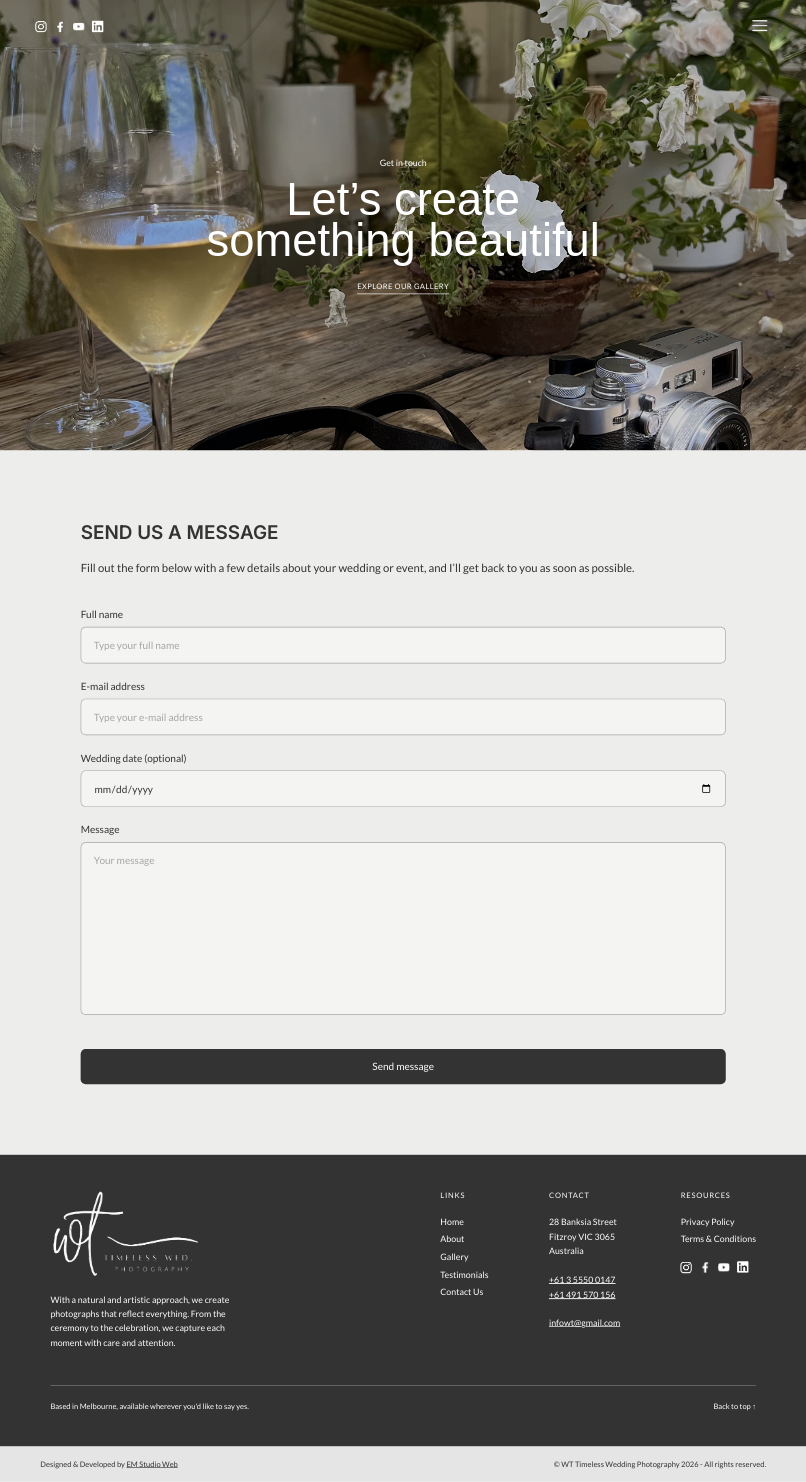
Repository: eduarda-magnago/wt-photography
Page: /contact
These files come from the project's save history. The page is drawn as it stood at one moment and after the next save; the edit follows.
The browser window is 1280 px wide. The pictures show the whole page, at 63% of full size.
Some web fonts or font styles are not loaded; a fallback is used. The project was rebuilt for these pictures with package versions that can differ from the ones it lists, and the page was loaded fresh each time. The framework's server and built-in components were replaced by stand-ins that run in the browser. Also part of the build but not shown: next.config.ts.

Above is the page before, as saved 2026-10-15 12:26:58.

After the next save:
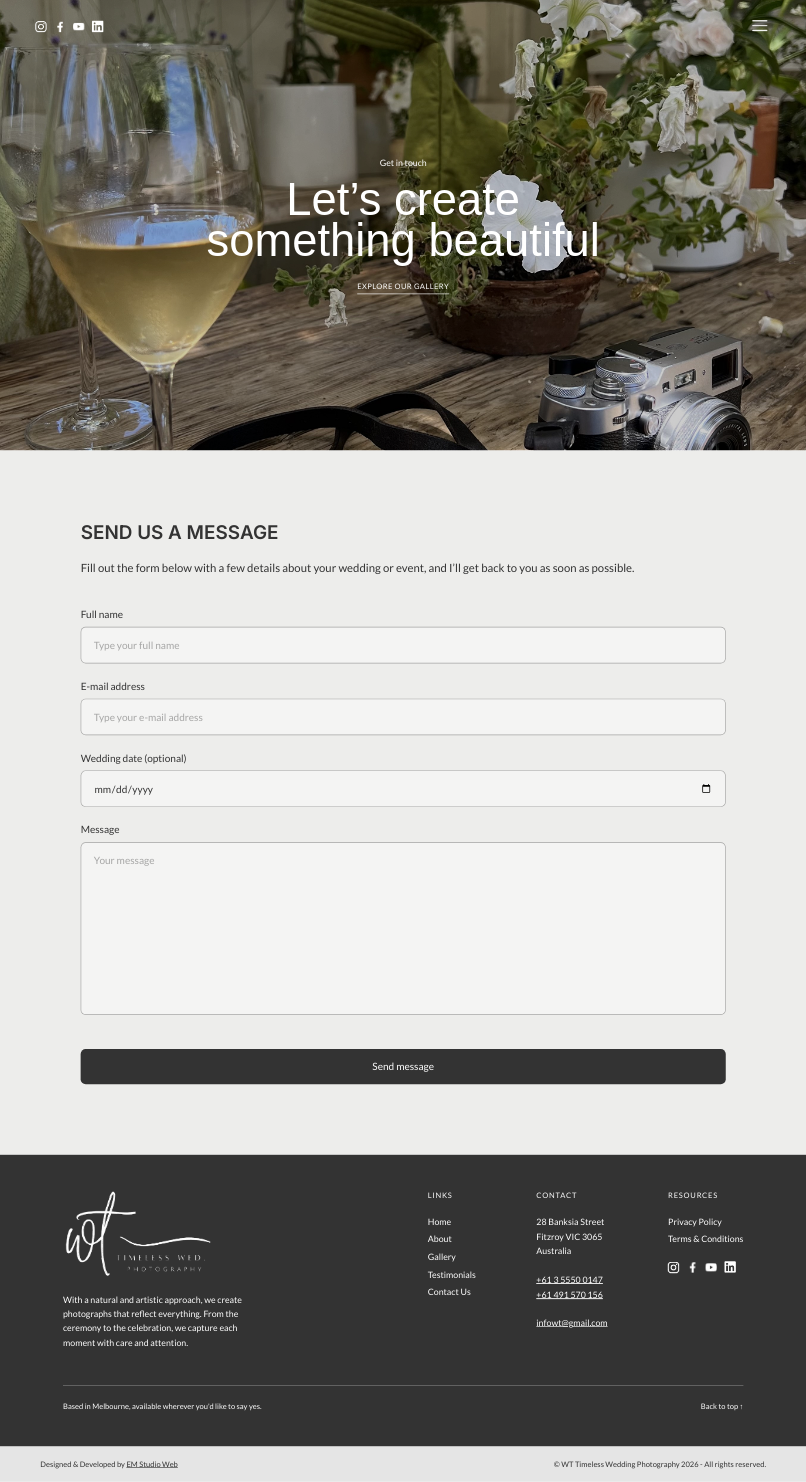
Saved 6 s later.
--- a/components/layout/footer.tsx
+++ b/components/layout/footer.tsx
@@ -14,7 +14,7 @@ const headingClass = "mb-6 text-xs uppercase tracking-widest";
 export default function Footer() {
   return (
     <footer>
-      <div className="bg-ink px-6 py-12 text-sm text-white md:px-20 md:py-14">
+      <div className="bg-ink px-6 py-12 text-sm text-white md:px-25 md:py-14">
         <div className="mx-auto max-w-[1600px]">
           <div className="grid gap-12 md:grid-cols-[1fr_auto_auto_auto] md:gap-24">
             <div>
